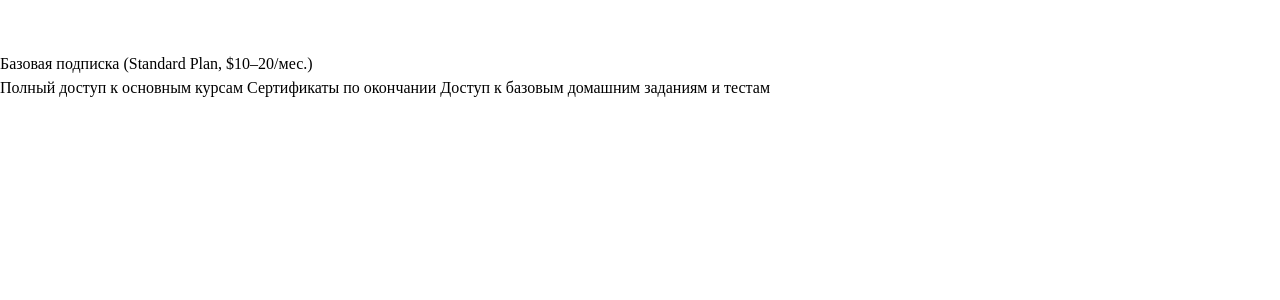
Repository: marjango/course
Page: /pricepage
The author's editor kept a copy of each file at every save. The page is drawn from the files as they stood at one save, then again after the next save.
The browser window is 1280 px wide. The pictures show the whole page.
The project was rebuilt for these pictures with package versions that can differ from the ones it lists, and the page was loaded fresh each time. The framework's server and built-in components were replaced by stand-ins that run in the browser. Also part of the build but not shown: next.config.ts, app/coursespage/courses.module.css.

Above is the page before, as saved 2025-03-26 20:46:18.

### app/layout.tsx
import type { Metadata } from "next";
import "./globals.css";
import './fonts.css';


export const metadata: Metadata = {
  title: "сourse",
  description: "it course",
};

export default function RootLayout({
  children,
}: Readonly<{
  children: React.ReactNode;
}>) {
  return (
    <html lang="en">
      <body

      >
        {children}
      </body>
    </html>
  );
}

### app/pricepage/page.tsx
import React from 'react'
import Image from "next/image";
import s from "./courses.module.css";
import Link from "next/link";

const pricepage = () => {
  return (
    <>
        <h1>Цены</h1>
        <div className={s.col1}>
            <h3>Базовая подписка (Standard Plan, $10–20/мес.)</h3>
            <p>Полный доступ к основным курсам

Сертификаты по окончании

Доступ к базовым домашним заданиям и тестам</p>
        </div>
    </>
  )
}

export default pricepage

### app/globals.css
@import "tailwindcss";

* {
  font-family: 'Doloman Pavljenko';
}

h1 {
  font-family: 'Intro Friday', sans-serif;
  font-size: 3.39vw;
  line-height: 1.2;
  color: white;
  font-weight: bold;
  text-transform: uppercase;
}

### app/fonts.css
@font-face {
    font-family: 'Doloman Pavljenko';
    src: url("/public/fonts/DolomanPavljenko.otf") format('otf'),
    url("/public/fonts/DolomanPavljenko.otf") format('otf');
    font-weight: normal;
    font-style: normal;
  }

   @font-face {
     font-family: "Intro Friday";
     src: url("/public/fonts/Intro\ Friday\ Regular.ttf") format("ttf"),
     url("/public/fonts/Intro\ Friday\ Regular.ttf") format("ttf");
     font-weight: normal;
     font-style: normal;
   }

After the next save:
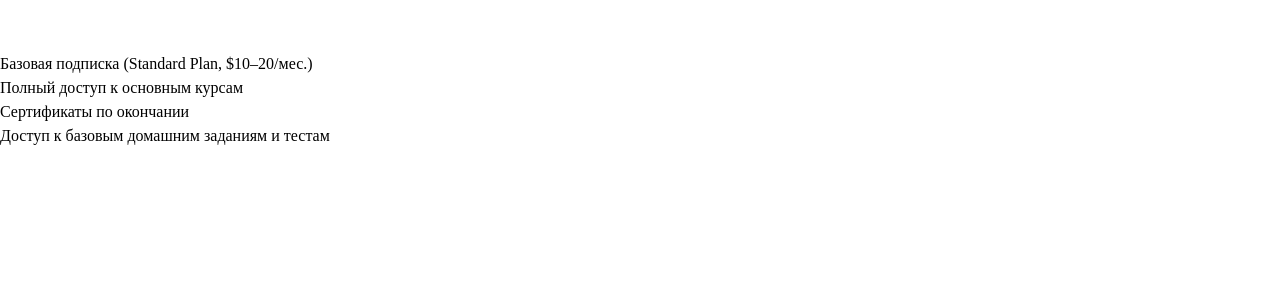
Saved 33 s later.
--- a/app/pricepage/page.tsx
+++ b/app/pricepage/page.tsx
@@ -1,4 +1,4 @@
-import React from 'react'
+import React from "react";
 import Image from "next/image";
 import s from "./courses.module.css";
 import Link from "next/link";
@@ -6,17 +6,17 @@ import Link from "next/link";
 const pricepage = () => {
   return (
     <>
-        <h1>Цены</h1>
-        <div className={s.col1}>
-            <h3>Базовая подписка (Standard Plan, $10–20/мес.)</h3>
-            <p>Полный доступ к основным курсам
+      <h1>Цены</h1>
+      <div className={s.col1}>
+        <h3>Базовая подписка (Standard Plan, $10–20/мес.)</h3>
+        <ul>
+          <li>Полный доступ к основным курсам</li>
+          <li>Сертификаты по окончании</li>
+          <li>Доступ к базовым домашним заданиям и тестам</li>
+        </ul>
+      </div>
+    </>
+  );
+};
 
-Сертификаты по окончании
-
-Доступ к базовым домашним заданиям и тестам</p>
-        </div>
-    </>
-  )
-}
-
-export default pricepage
+export default pricepage;
